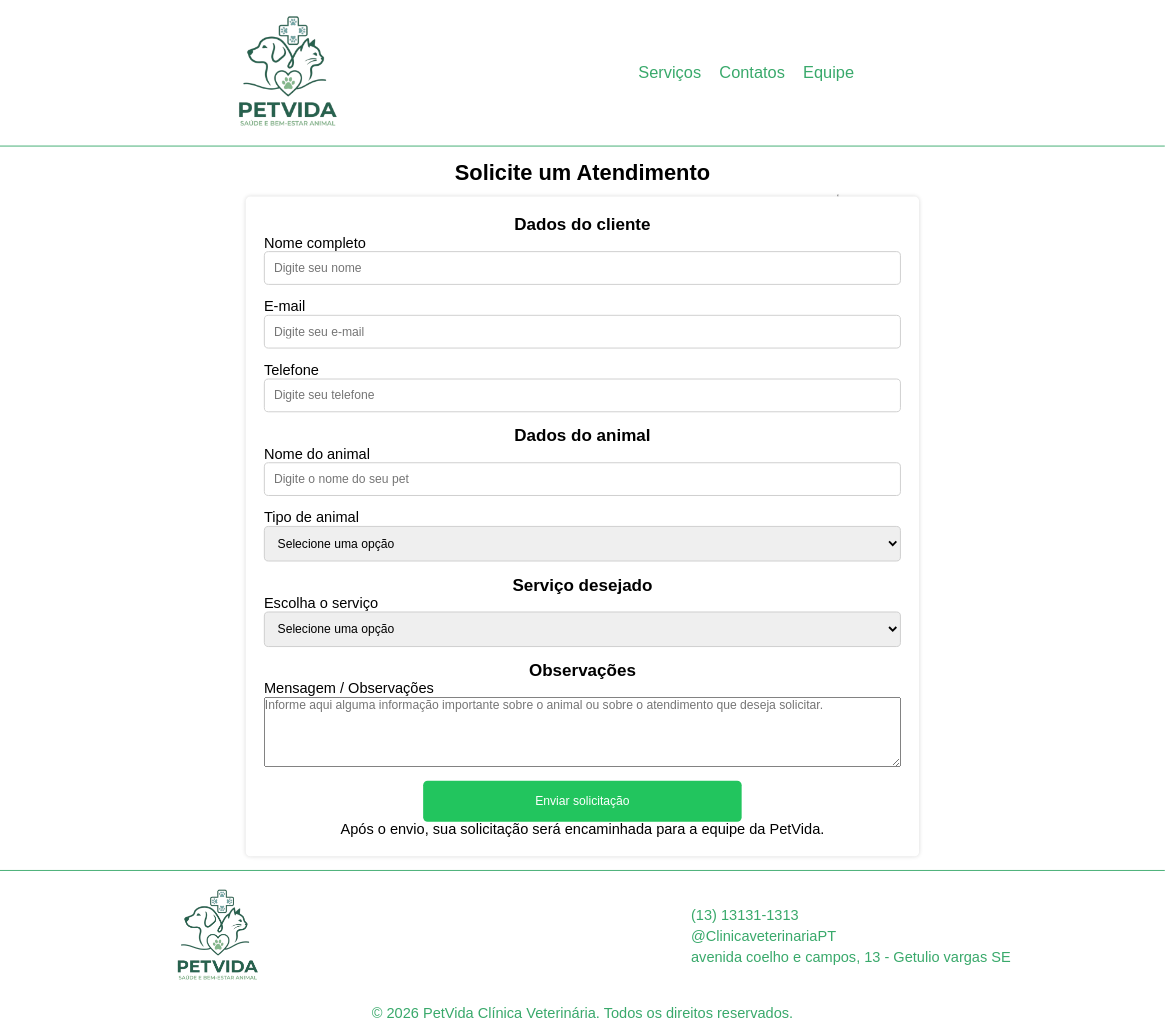
Repository: antonymsantana-design/Veterinario
Page: contatos.html
These files come from the project's save history. The page is drawn as it stood at one moment and after a run of saves; the edit follows.
The browser window is 1280 px wide. The pictures show the whole page, at 91% of full size.

Above is the page before, as saved 2026-10-03 19:14:50.

After the next 3 saves:
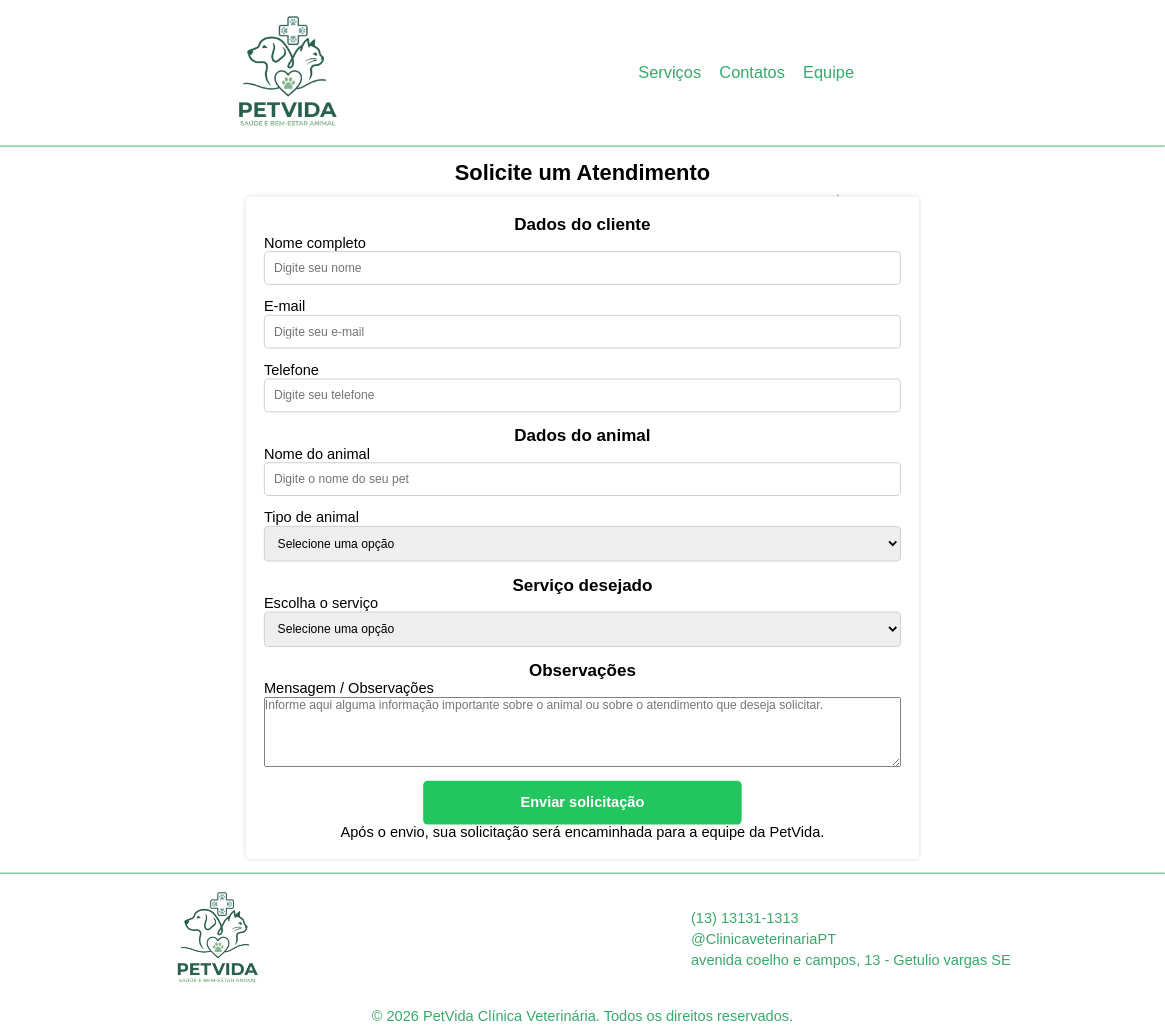
The 3 saves are shown as one change because they came seconds apart.
The last was saved 7 s later.
--- a/style.css
+++ b/style.css
@@ -373,7 +373,8 @@ input, select{
     border-radius: 5px;
     color: white;
     cursor:pointer;
-    font
+    font-size: 16px;
+    font-weight: bold;
 }
 
 
